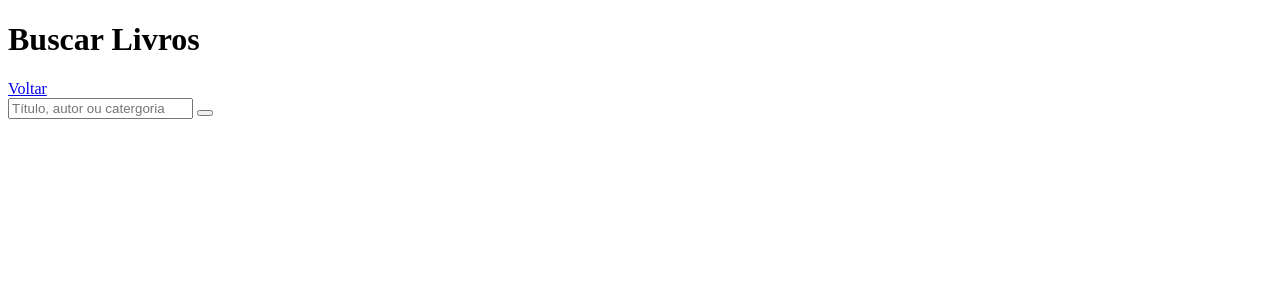
Repository: melloeduarda/html
Page: buscar.html
These files come from the project's save history. The page is drawn as it stood at one moment and after a run of saves; the edit follows.
The browser window is 1280 px wide. The pictures show the whole page.

Above is the page before, as saved 2026-10-28 15:58:26.

After the next 2 saves:
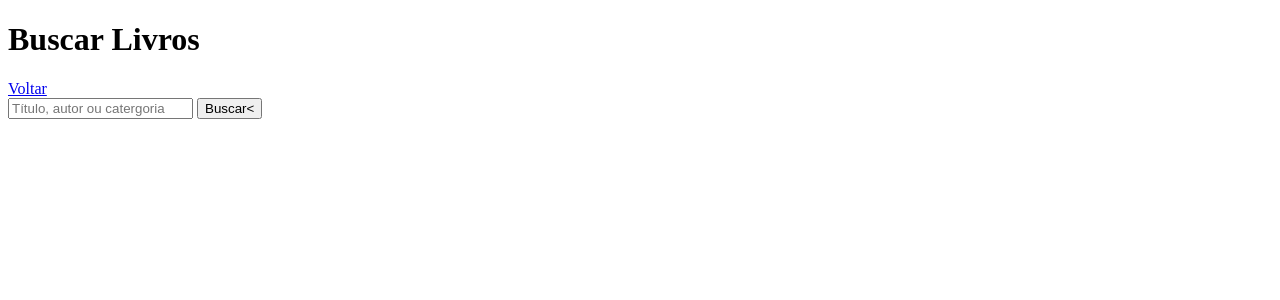
The 2 saves are shown as one change because they came seconds apart.
The last was saved 8 s later.
--- a/buscar.html
+++ b/buscar.html
@@ -13,6 +13,6 @@
 
         <form>
             <input type="text" placeholder="Título, autor ou catergoria">
-            <button type="submit">
+            <button type="submit">Buscar<
 </body>
 </html>
